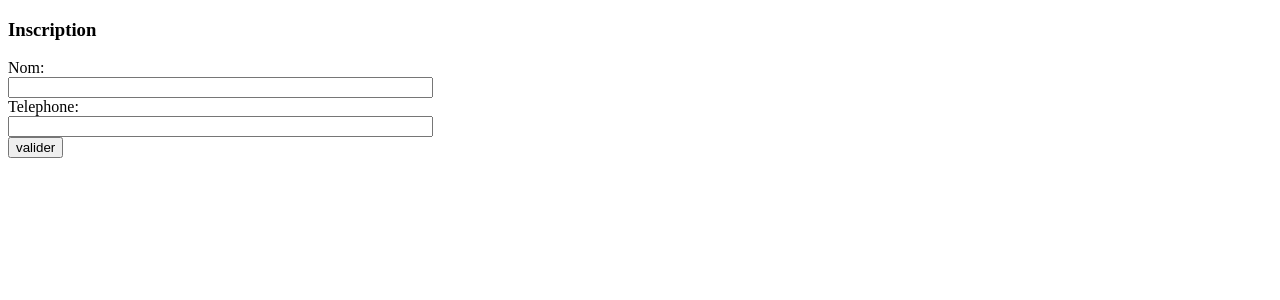
Repository: SenhajiMahmoud/testContact-Appartoo
Page: carnetAdresse/addContact.html
These files come from the project's save history. The page is drawn as it stood at one moment and after the next save; the edit follows.
The browser window is 1280 px wide. The pictures show the whole page.

Above is the page before, as saved 2016-05-16 14:29:53.

### carnetAdresse/addContact.html
<!DOCTYPE html>
<html>
<body>

<section>
  <div ></div>
  <div >

    <h3>Inscription</h3>

    <form id="Inscr-form" action="InscReussi.php" method="post">
        <div>


         <div class="coll-1">
            <div class="form-txt">Nom:</div>
	            <div class="padEsp">
		            <label class="name" >
		              <input id="name" class="input1" type="text" name="nom" size="50">
		            </label>
	            </div>
            <div class="clear"></div>
          </div>


          <div>
            <div class="form-txt">Telephone:</div>
             <div class="padEsp">
	            <label class="phone">
	              <input id="tel" class="input1" type="tel" name="tel" size="50">


	             </label>
             </div>
          </div>

        <div>
        	<input value="valider" type="submit" id="envoyer">
        </div>

    </form>
  </div>

</section>

</body>
</html>

After the next save:
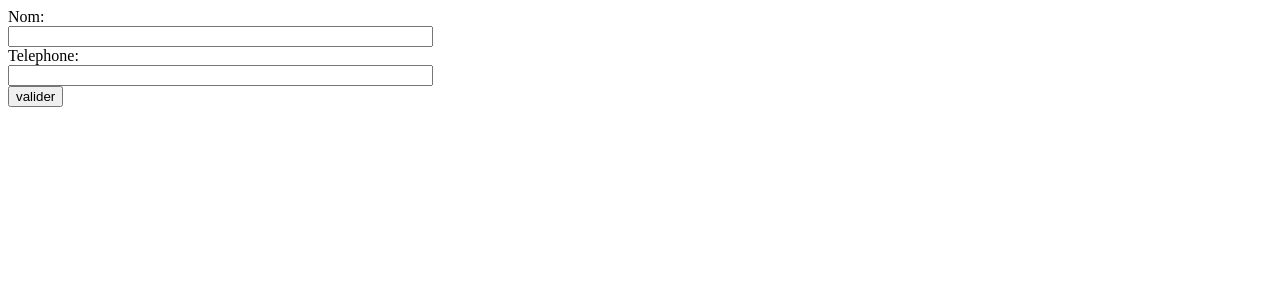
Saved 13 s later.
--- a/carnetAdresse/addContact.html
+++ b/carnetAdresse/addContact.html
@@ -2,11 +2,7 @@
 <html>
 <body>
 
-<section>
-  <div ></div>
   <div >
-
-    <h3>Inscription</h3>
 
     <form id="Inscr-form" action="InscReussi.php" method="post">
         <div>
